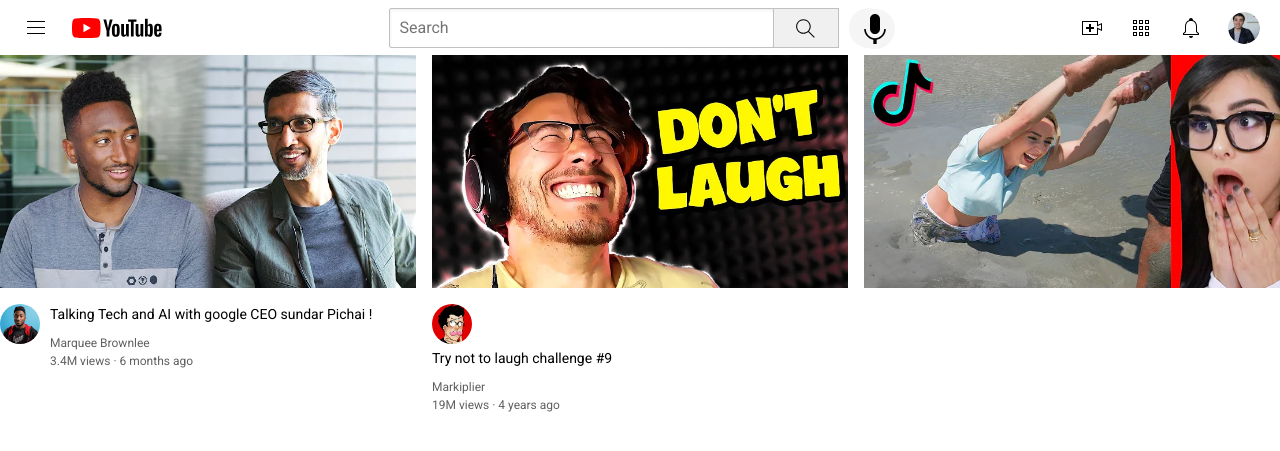
Repository: knowledgeAlan/html-css-thirteen
Page: youtube.html
These files come from the project's save history. The page is drawn as it stood at one moment and after the next save; the edit follows.
The browser window is 1280 px wide. The pictures show the whole page.

Above is the page before, as saved 2024-03-19 17:37:06.

### youtube.html
<!DOCTYPE html>
<html>

<head>
    <title>Youtube.com Clone</title>

    <link rel="preconnect" href="https://fonts.googleapis.com">
    <link rel="preconnect" href="https://fonts.gstatic.com" crossorigin>
    <link href="https://fonts.googleapis.com/css2?family=Roboto:wght@400;500;700&display=swap" rel="stylesheet">

    <link rel="stylesheet" href="styles/general.css">
    <link rel="stylesheet" href="styles/header.css">
    <link rel="stylesheet" href="styles/video.css">

    <body>


        <div class="header">


            <div class="left-section">

                <img class="hamburger-menu" src="icons/hamburger-menu.svg">
                <img class="youtube-logo" src="icons/youtube-logo.svg">

            </div>

            <div class="middle-section">
                <input class="search-bar" type="text" placeholder="Search">

                <button class="search-button">
                    <img class="search-icon" src="icons/search.svg">
                </button>

                <button class="voice-search-button">
                       <img class="voice-search-button" src="icons/voice-search-icon.svg" >
                </button>
            </div>

            <div class="right-section">
                <img class="upload-icon" src="icons/upload.svg">
                <img class="youtube-apps-icon" src="icons/youtube-apps.svg">
                <img class="notifications-icon" src="icons/notifications.svg">
                <img class="current-user-picture" src="channel-pictures/my-channel.jpeg">

            </div>

        </div>

        <div class="video-grid">

            <div class="video-preview">

                <div class="thumbnail-row">
                    <img class="thumbnail" src="thumbnails/thumbnail-1.webp">
                </div>

                <div class="video-info-grid">

                    <div class="channel-picture">
                        <img class="profile-picture" src="channel-pictures/channel-1.jpeg">
                    </div>

                    <div class="video-info">
                        <p class="video-title">
                            Talking Tech and AI with google CEO sundar Pichai !

                        </p>

                        <p class="video-author">
                            Marquee Brownlee
                        </p>

                        <p class="video-stats">
                            3.4M views &#183; 6 months ago
                        </p>

                    </div>
                </div>
            </div>


            <div class="video-preview">
                    <div class="thumbnail-row">
                        <img class="thumbnail" src="thumbnails/thumbnail-2.webp">

                    </div>

                    <div class="=video-info-grid">
                        <div class="channel-picture">
                            <img class="profile-picture" src="channel-pictures/channel-2.jpeg">
                        </div>

                        <div class="video-info">
                            <p class="video-title">
                                Try not to laugh challenge #9
                            </p>

                            <p class="video-author">
                                Markiplier
                            </p>

                            <p class="video-stats">
                                19M views &#183; 4 years ago
                            </p>
                        </div>
                    </div>
            </div>



            <div class="video-preview">

                <div class="thumbnail-row">
                    <img class="thumbnail" src="thumbnails/thumbnail-3.webp">
                </div>


            </div>
        </div>



    </body>
</head>
</html>

### styles/general.css
p{
    font-family: Roboto,Arial;
    margin-top: 0;
    margin-bottom: 0;
}

body{
    margin: 0;
}

### styles/header.css
.header {
    height: 55px;
    display: flex;
    flex-direction: row;
    justify-content: space-between;


}


.left-section {

    display: flex;
    align-items: center;
}

.hamburger-menu {

    height: 24px;
    margin-left: 24px;
    margin-right: 24px;
}


.youtube-logo {
    height: 20px ;
}

.middle-section {
    flex: 1;
    margin-left: 70px;
    margin-right:  35px;
    max-width: 500px;
    display: flex;
    align-items: center;
}

.search-bar{
    flex: 1;
    height: 36px;
    padding-left: 10px;
    font-size: 16px;
    border-width: 1px;
    border-style: solid;
    border-color: rgb(192, 192, 192);
    border-radius: 2px;
    box-shadow: inset 1px 2px 3px rgba(0, 0, 0, 0.05);
    width: 0;

}



.search-bar::placeholder {
    font-family: Roboto,Arial;
    font-size: 16px;
}


.search-button{
    height: 40px;
    width: 66px;
    background-color: rgb(240, 240, 240);
    border-width: 1px;
    border-style: solid;
    border-color: rgb(192, 192, 192);
    margin-left: -1px;
    margin-right: 10px;
}


.search-icon {
    height: 25px;
    margin-top: 4px;
}


.voice-search-button{
    height: 40px;
    width: 40px;
    border-radius: 20px;
    border: none;
    background-color: rgb(245, 245, 245);
}


.video-search-icon {
    height: 24px;
    width: 40px;
    border-radius: 20px;
    border: none;
    background-color: rgb(245, 245, 245);
}

.right-section {
    width: 180px;
    margin-right: 20px;
    display: flex;
    align-items: center;
    justify-content: space-between;
    flex-shrink: 0;

}

.upload-icon {
    height: 24px;
}

.youtube-apps-icon{
    height: 24px;
}


.notifications-icon {
    height: 24px;
}

.current-user-picture {
    height: 32px;
    border-radius: 16px ;
}

### styles/video.css
.thumbnail{
    width: 100%;
}

.video-title {
    margin-top: 0;
    font-size: 14px;
    font-weight: 500px ;
    line-height: 20px;
    margin-bottom: 12px;
}


.video-info-grid {
    display: grid;
    grid-template-columns: 50px 1fr;
}


.profile-picture{
    width: 40px;
    border-radius: 50px;
}


.thumbnail-row {
    margin-bottom: 12px;
}

.video-author,.video-stats {
    font-size: 12px;
    color: rgb(96, 96, 96);
}

.video-author {
    margin-bottom: 4px;
}

.video-grid{
    display: grid;
    grid-template-columns: 1fr 1fr 1fr;
    column-gap: 16px;
    row-gap: 40px;
}

After the next save:
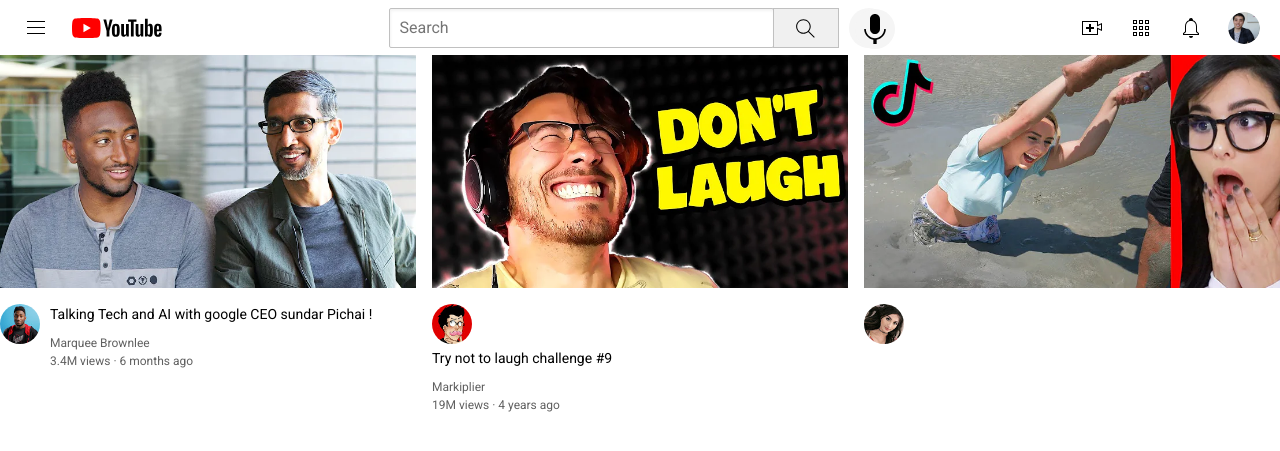
Saved 58 s later.
--- a/youtube.html
+++ b/youtube.html
@@ -115,7 +115,11 @@
                     <img class="thumbnail" src="thumbnails/thumbnail-3.webp">
                 </div>
 
-
+                <div class="video-info-grid">
+                    <div class="channel-picture">
+                        <img class="profile-picture"    src="channel-pictures/channel-3.jpeg">
+                    </div>
+                </div>
             </div>
         </div>
 
